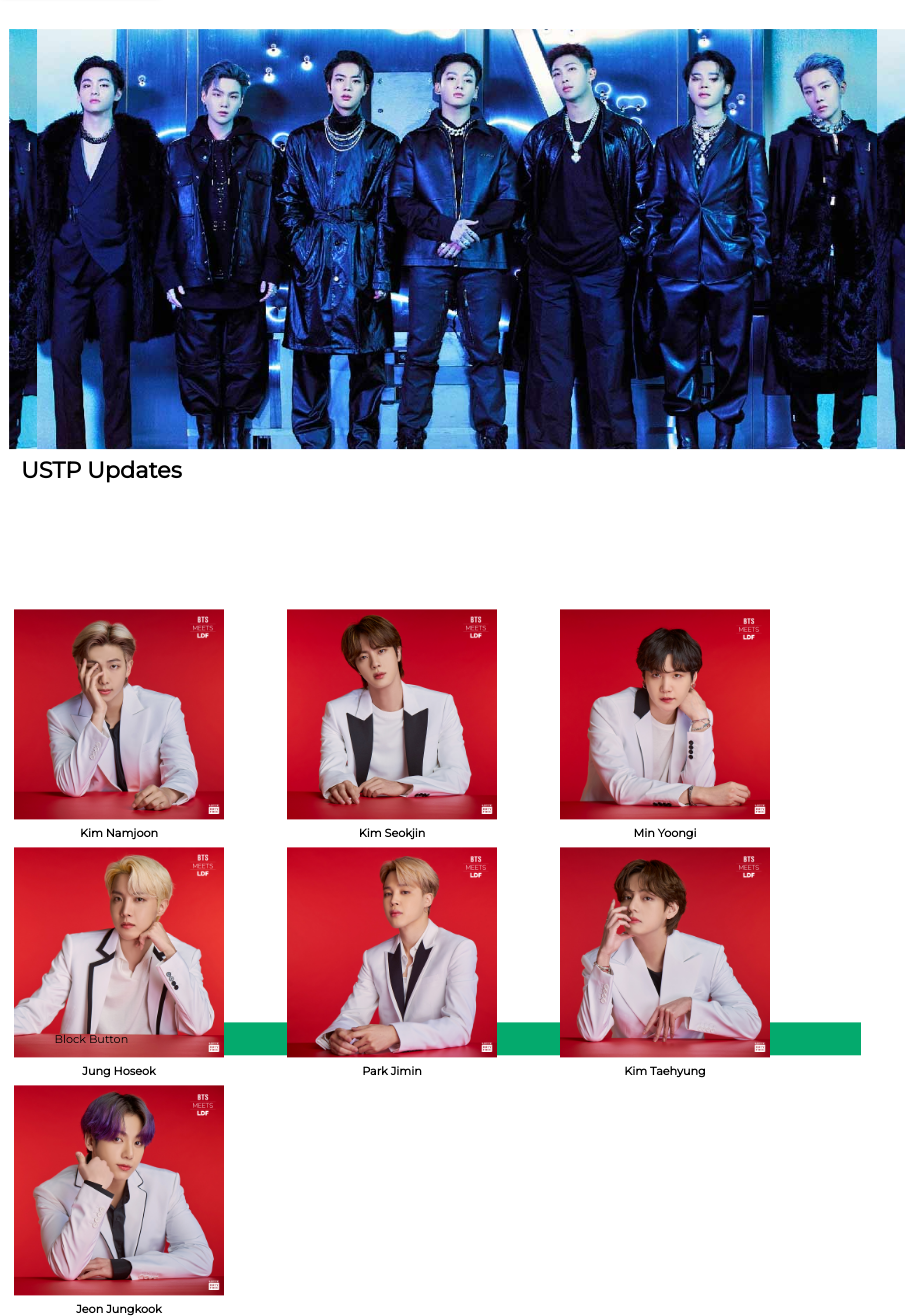
Repository: Joy5345/Colis-MidTerm_PIT
Page: index.html
These files come from the project's save history. The page is drawn as it stood at one moment and after the next save; the edit follows.
The browser window is 1280 px wide. The page is 1293 px wide, so the pictures cover 1293 px, including what lies to the right of the window. The pictures show the part of the page from y = 911 to 2791 px (the page is 2791 px tall), at 70% of full size.

Above is the page before, as saved 2023-07-29 20:32:36.

After the next save:
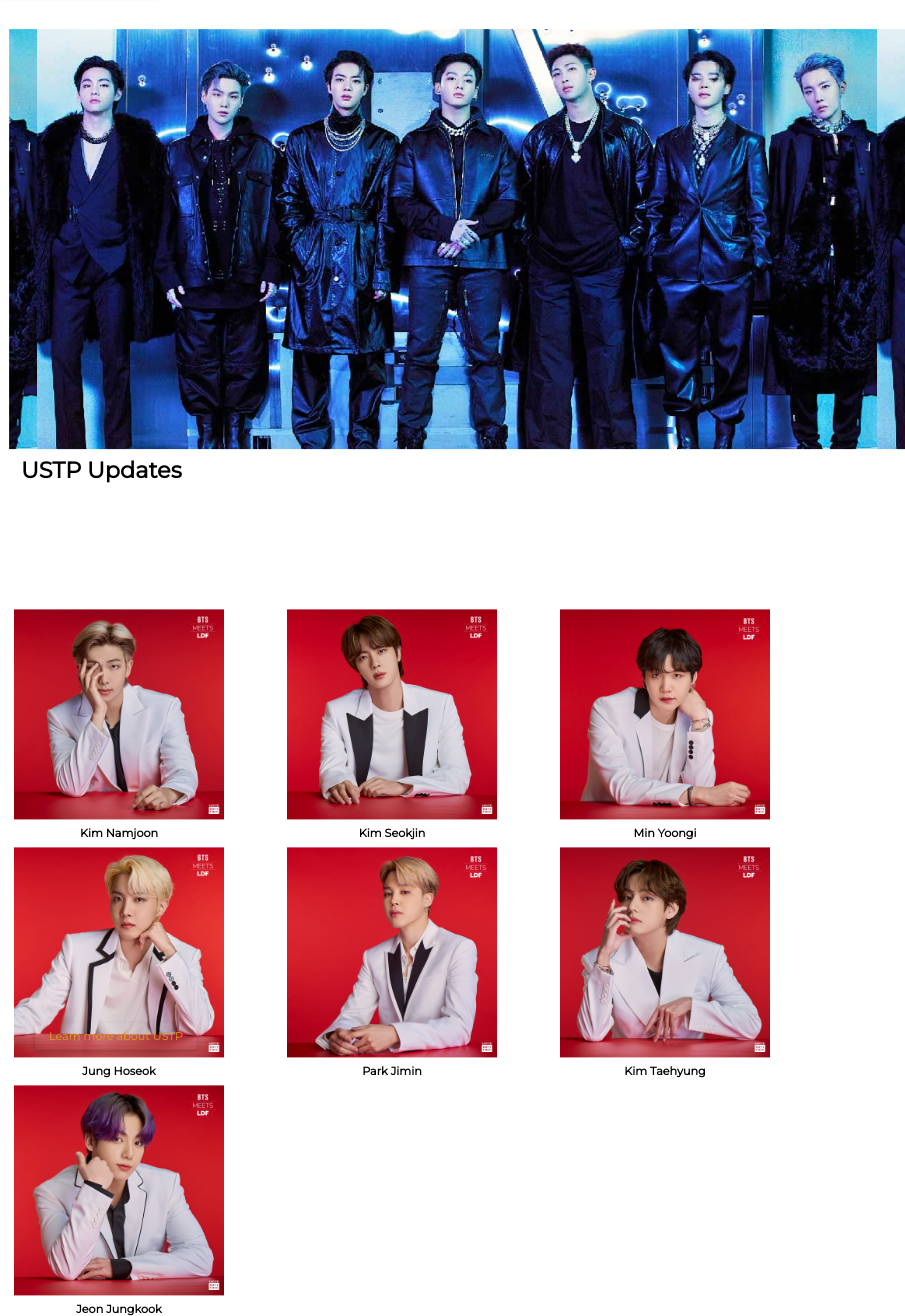
Saved 2 min 20 s later.
--- a/index.html
+++ b/index.html
@@ -148,8 +148,10 @@
 
 
     <div class="container4">
-        <div>
-            <button type="button" class="block">Block Button</button>
+        <div class="learn-more">
+            <div class="learn-more-btn">
+                <a href="#" class="learn-more-link">Learn more about USTP</a>
+            </div>
         </div>
     </div>
 
